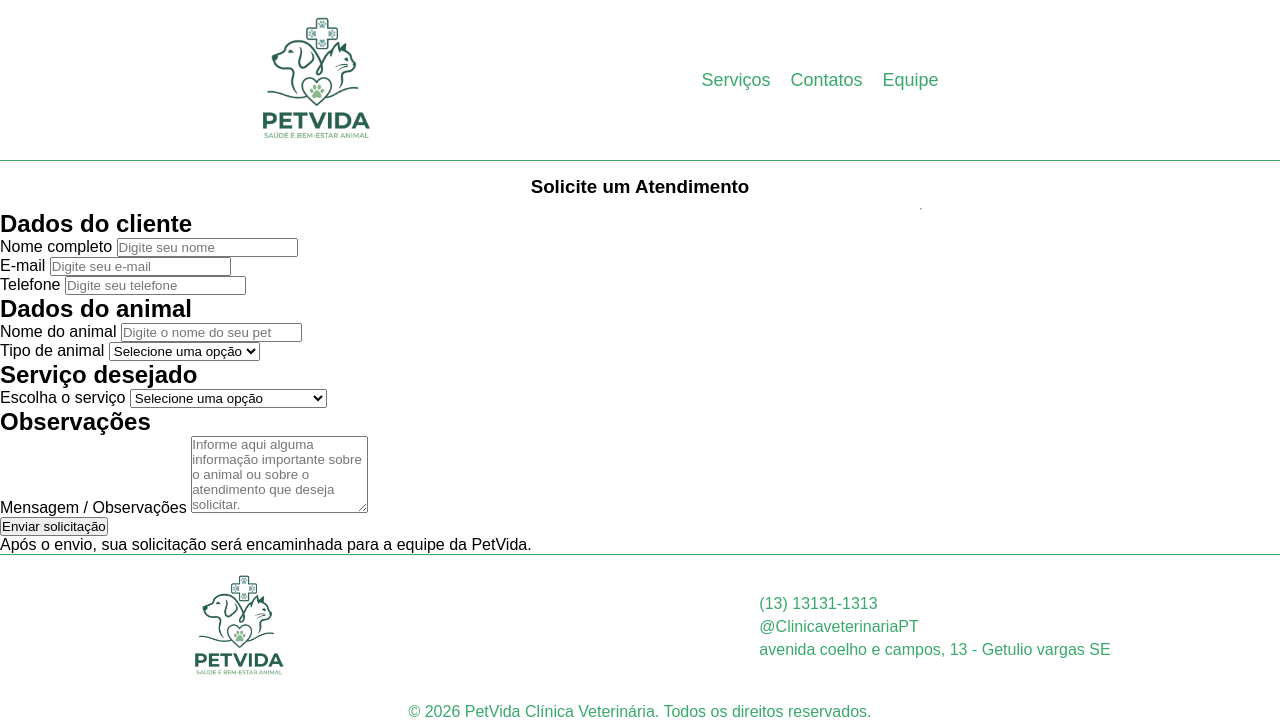
Repository: antonymsantana-design/Veterinario
Page: contatos.html
An editor plug-in stored every save of this project. The page is shown before and after a run of saves, followed by the edit.
The browser window is 1280 px wide. The pictures show the whole page.

Above is the page before, as saved 2026-10-03 18:51:28.

After the next 2 saves:
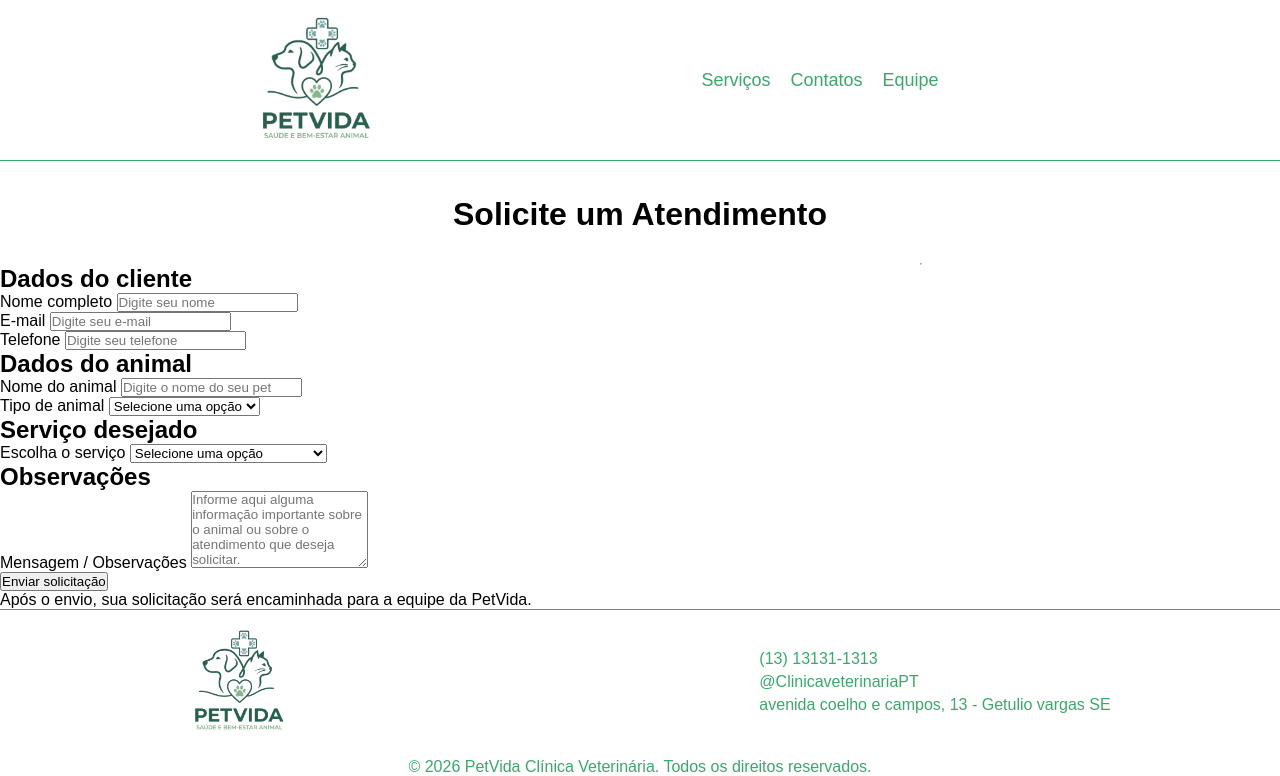
The 2 saves are shown as one change because they came seconds apart.
The last was saved 10 s later.
--- a/contatos.html
+++ b/contatos.html
@@ -23,7 +23,7 @@
   </header>
 
   <body>
-    <h3 class="Our" id="servicosT">Solicite um Atendimento</h3>
+    <h1 class="Our" id="servicosT">Solicite um Atendimento</h1>
     <hr />
 
 
